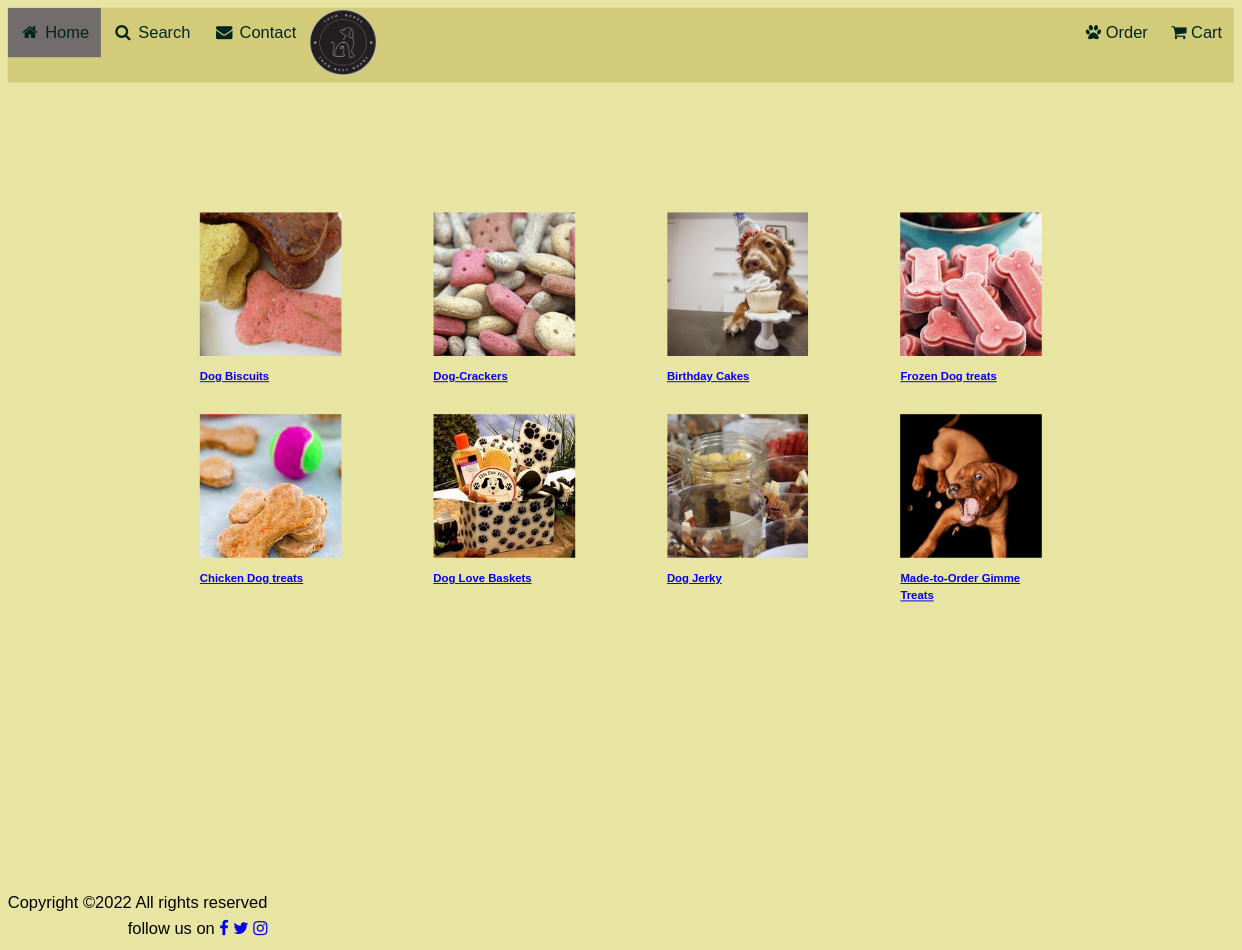
Repository: vgoins-RA2022/HTML-1
Page: index.html
An editor plug-in stored every save of this project. The page is shown before and after the next save, followed by the edit.
The browser window is 1280 px wide. The pictures show the whole page, at 97% of full size.

Above is the page before, as saved 2023-01-21 20:22:11.

After the next save:
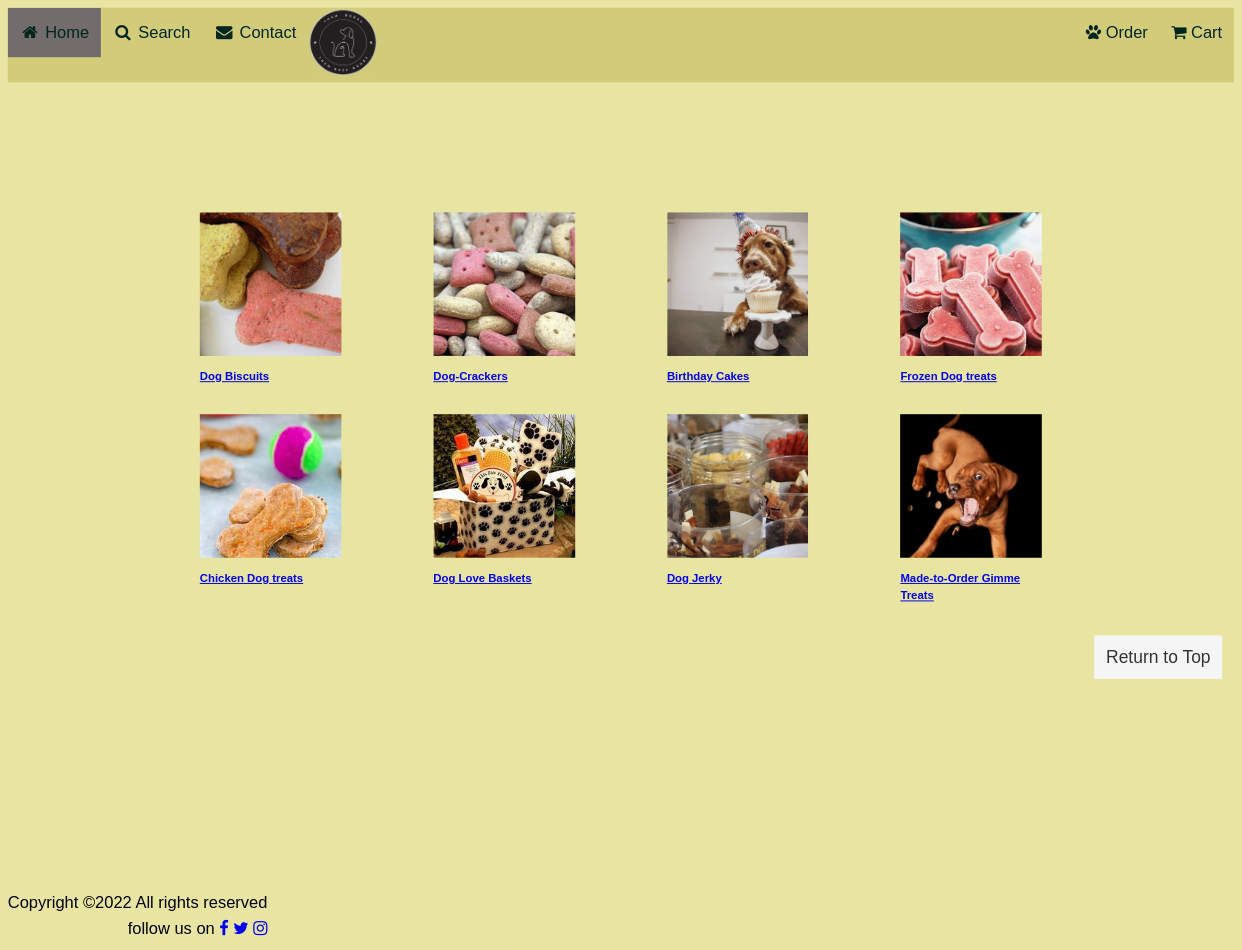
Saved 2 min 3 s later.
--- a/src/css/Style.css
+++ b/src/css/Style.css
@@ -149,7 +149,6 @@ body {
   padding: 12px;
   border: none;
   cursor: pointer;
-  display: none;
 }
 
 .button:hover {
